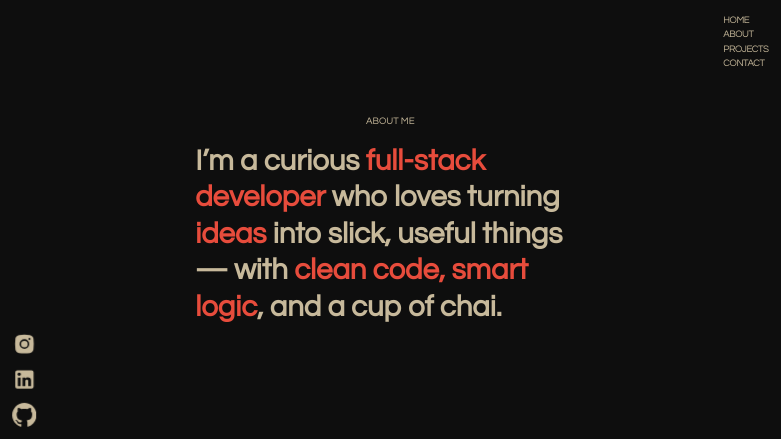
Repository: divyamGNH/DivyamPF
Page: /about
These files come from the project's save history. The page is drawn as it stood at one moment and after the next save; the edit follows.
The browser window is 1280 px wide. The pictures show the whole page, at 61% of full size.
The project was rebuilt for these pictures with package versions that can differ from the ones it lists, and the page was loaded fresh each time. Also part of the build but not shown: vite.config.js, src/App.css, src/components/MaskLayer.jsx, src/pages/Landing.jsx, src/pages/TopProjects.jsx, src/animations/ScrolltoAnimate.jsx, src/pages/Home.jsx.

Above is the page before, as saved 2025-12-20 22:31:00.

After the next save:
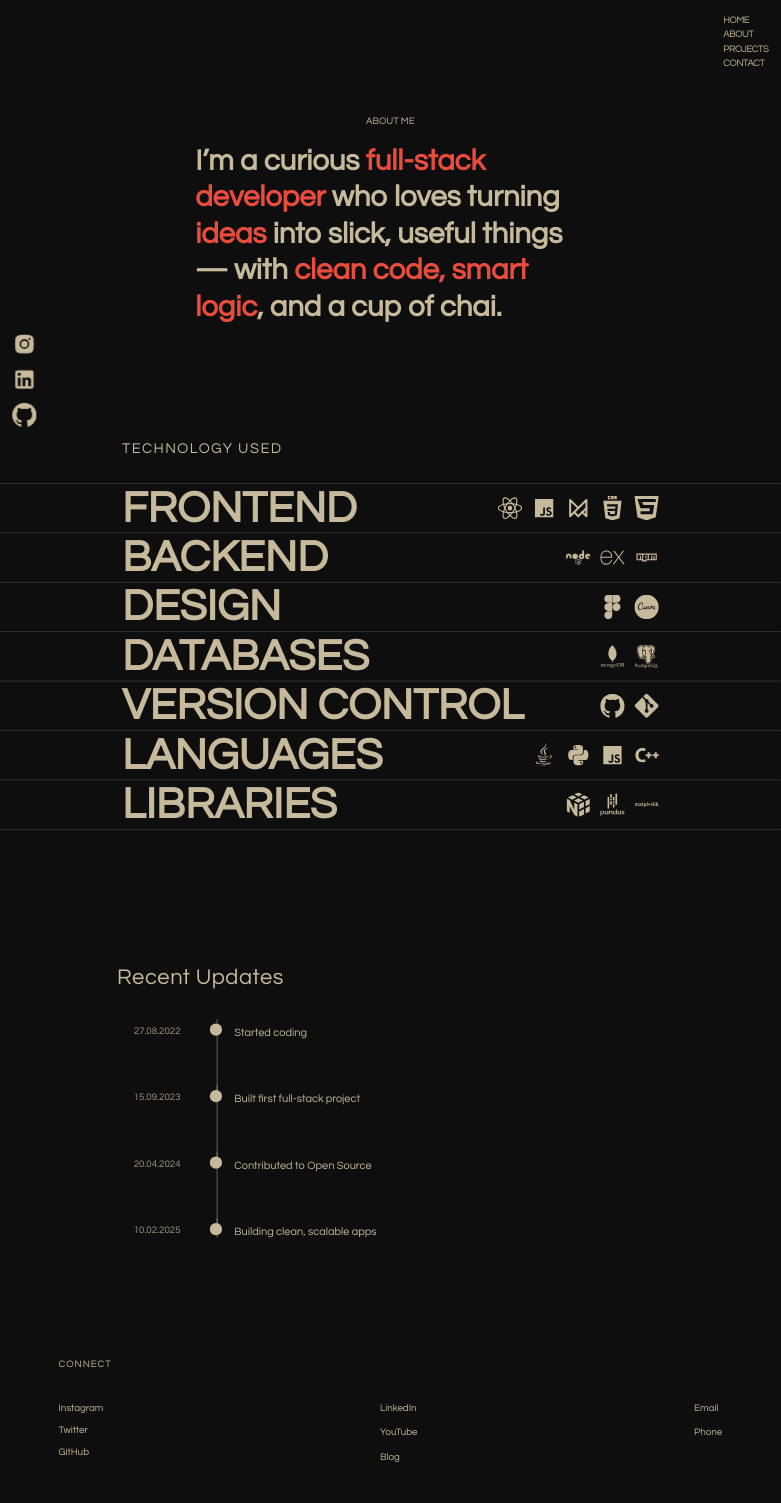
Saved 18 s later.
--- a/src/pages/About.jsx
+++ b/src/pages/About.jsx
@@ -11,11 +11,11 @@
       <Socials />
       <Navigations />
       <AboutLanding/>
-      {/* <TechStack/>
+      <TechStack/>
       <div className="h-[10vh]"></div>
       <TimeLine/>
       <div className="h-[10vh]"></div>
-      <Footer/> */}
+      <Footer/>
     </div>
   );
 };
